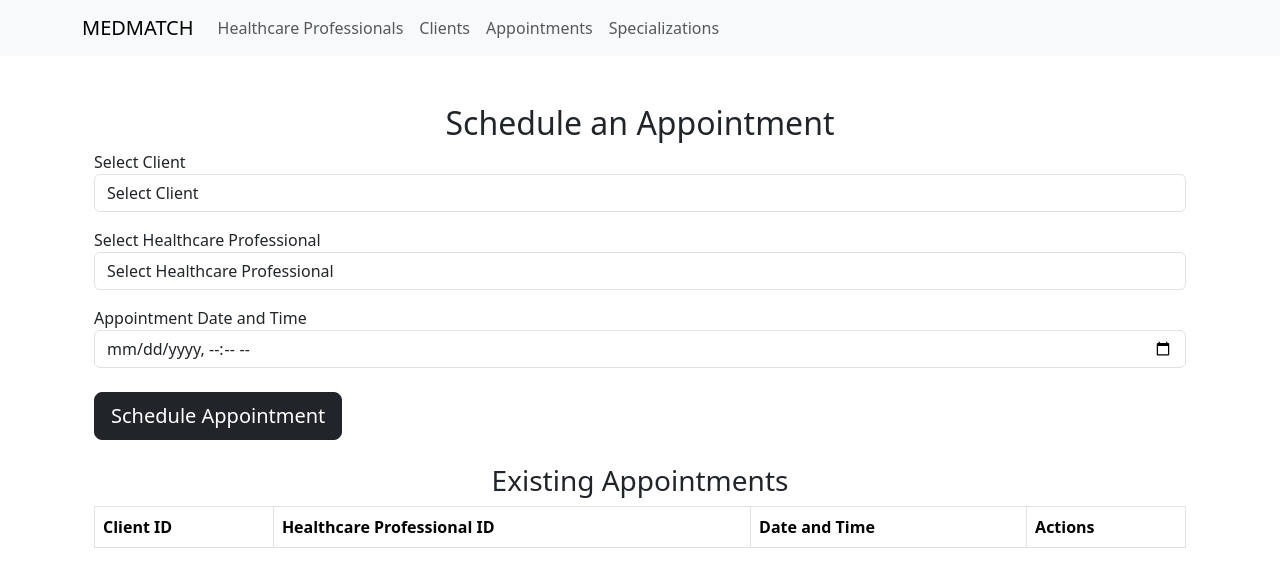
Repository: fahma20/medmatch-platform
Page: /appointments (app in client/)
The author's editor kept a copy of each file at every save. The page is drawn from the files as they stood at one save, then again after a run of saves.
The browser window is 1280 px wide. The pictures show the whole page.
The page's requests for data from a server got no answer. The project was rebuilt for these pictures with package versions that can differ from the ones it lists, and the page was loaded fresh each time. No one was signed in, and anything a server would have sent is missing. Also part of the build but not shown: client/src/components/Healthcareprofessionals.js, client/src/components/Specializations.js, client/src/components/Clients.js, client/src/components/Homepage.js.

Above is the page before, as saved 2025-01-31 09:49:10.

After the next 2 saves:
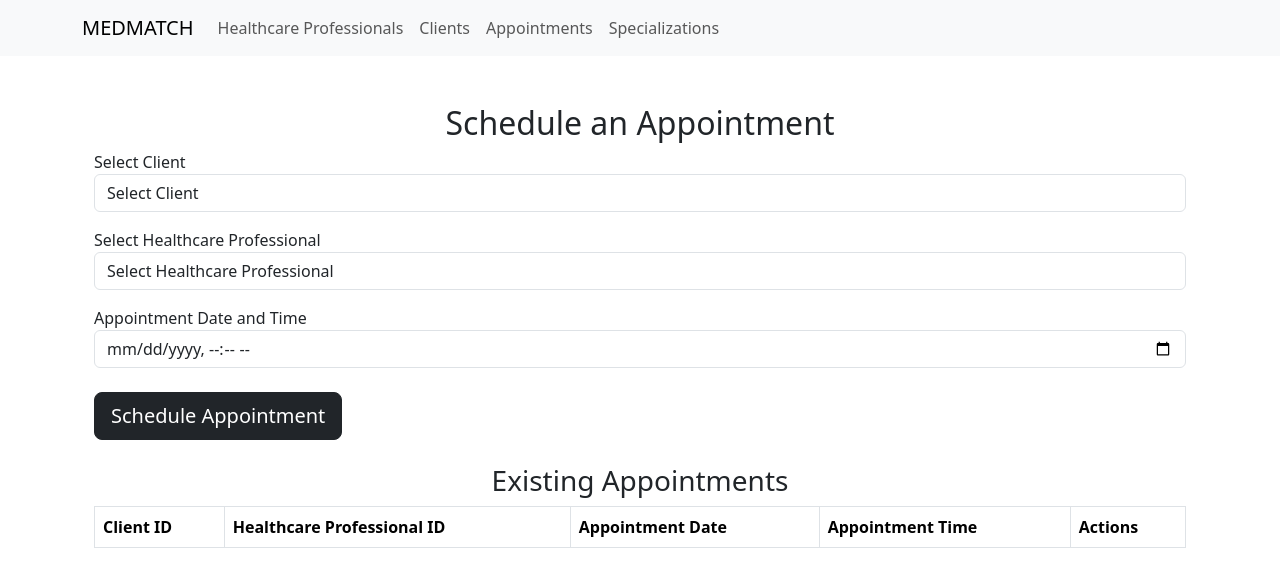
The 2 saves are shown as one change because they came seconds apart.
The last was saved 2 min 0 s later.
--- a/client/src/components/Appointments.js
+++ b/client/src/components/Appointments.js
@@ -251,6 +251,14 @@ const Appointments = () => {
         } catch (error) {
             setMessage('Error connecting to the server.');
         }
+    };
+
+    // Function to split date_time into date and time
+    const splitDateTime = (dateTime) => {
+        const date = new Date(dateTime);
+        const formattedDate = date.toLocaleDateString(); // Format as mm/dd/yyyy
+        const formattedTime = date.toLocaleTimeString([], { hour: '2-digit', minute: '2-digit' }); // Format as hh:mm
+        return { date: formattedDate, time: formattedTime };
     };
 
     return (
@@ -311,26 +319,31 @@ const Appointments = () => {
                         <tr>
                             <th>Client ID</th>
                             <th>Healthcare Professional ID</th>
-                            <th>Date and Time</th>
+                            <th>Appointment Date</th>
+                            <th>Appointment Time</th>
                             <th>Actions</th>
                         </tr>
                     </thead>
                     <tbody>
-                        {appointments.map((appointment) => (
-                            <tr key={appointment.id}>
-                                <td>{appointment.client_id}</td>
-                                <td>{appointment.healthcare_professional_id}</td>
-                                <td>{appointment.date_time}</td>
-                                <td>
-                                    <button
-                                        className="btn btn-danger"
-                                        onClick={() => handleDelete(appointment.id)}
-                                    >
-                                        Delete
-                                    </button>
-                                </td>
-                            </tr>
-                        ))}
+                        {appointments.map((appointment) => {
+                            const { date, time } = splitDateTime(appointment.date_time); // Split datetime into date and time
+                            return (
+                                <tr key={appointment.id}>
+                                    <td>{appointment.client_id}</td>
+                                    <td>{appointment.healthcare_professional_id}</td>
+                                    <td>{date}</td>
+                                    <td>{time}</td>
+                                    <td>
+                                        <button
+                                            className="btn btn-danger"
+                                            onClick={() => handleDelete(appointment.id)}
+                                        >
+                                            Delete
+                                        </button>
+                                    </td>
+                                </tr>
+                            );
+                        })}
                     </tbody>
                 </table>
             </div>
